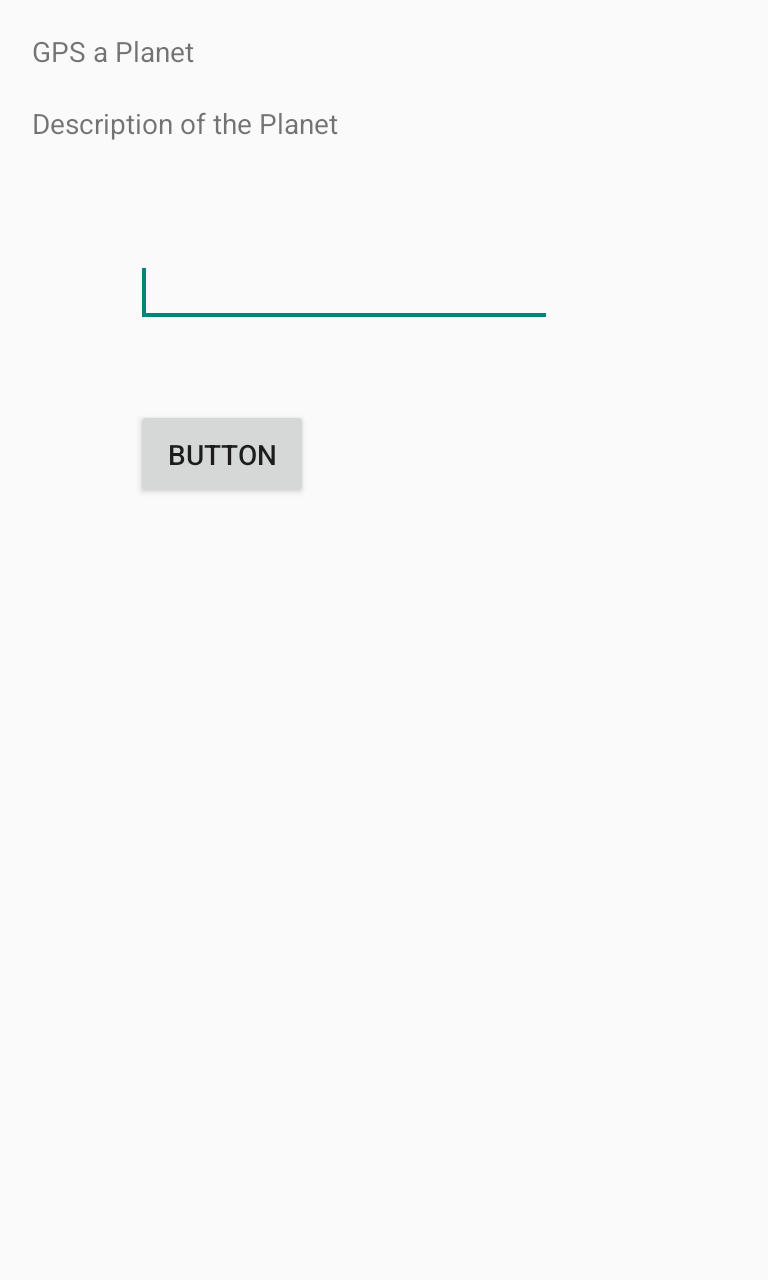
Repository: friday505/PlanetPlaces
Layout: PlanetPlaces/res/layout/activity_main.xml
An editor plug-in stored every save of this project. The layout is shown before and after the next save, followed by the edit.
It is drawn on a 768 x 1280 px phone screen (xhdpi) without system bars, with theme AppTheme; the app's code is not run.

Above is the layout before, as saved 2015-01-20 14:21:11.

### PlanetPlaces/res/layout/activity_main.xml
<RelativeLayout xmlns:android="http://schemas.android.com/apk/res/android"
    xmlns:tools="http://schemas.android.com/tools"
    android:layout_width="match_parent"
    android:layout_height="match_parent"
    android:paddingBottom="@dimen/activity_vertical_margin"
    android:paddingLeft="@dimen/activity_horizontal_margin"
    android:paddingRight="@dimen/activity_horizontal_margin"
    android:paddingTop="@dimen/activity_vertical_margin"
    tools:context="com.planetplaces.MainActivity" >

    <TextView
        android:id="@+id/textView1"
        android:layout_width="wrap_content"
        android:layout_height="wrap_content"
        android:text="GPS a Planet" />

    <TextView
        android:id="@+id/textView2"
        android:layout_width="wrap_content"
        android:layout_height="wrap_content"
        android:layout_alignLeft="@+id/textView1"
        android:layout_below="@+id/textView1"
        android:layout_marginTop="17dp"
        android:text="Description of the Planet" />

    <Button
        android:id="@+id/button1"
        android:layout_width="wrap_content"
        android:layout_height="wrap_content"
        android:layout_alignRight="@+id/textView2"
        android:layout_below="@+id/textView2"
        android:layout_marginRight="14dp"
        android:layout_marginTop="132dp"
        android:text="Button" />

    <EditText
        android:id="@+id/etDesc"
        android:layout_width="wrap_content"
        android:layout_height="wrap_content"
        android:layout_alignLeft="@+id/button1"
        android:layout_below="@+id/textView2"
        android:layout_marginTop="53dp"
        android:ems="10" >

        <requestFocus />
    </EditText>

</RelativeLayout>

Loaded but not shown: PlanetPlaces/res/values/styles.xml (common file); PlanetPlaces/res/values-v11/styles.xml (common file); PlanetPlaces/res/values-v14/styles.xml (common file); PlanetPlaces/res/values/dimens.xml (common file); PlanetPlaces/res/values-w820dp/dimens.xml (common file)

After the next save:
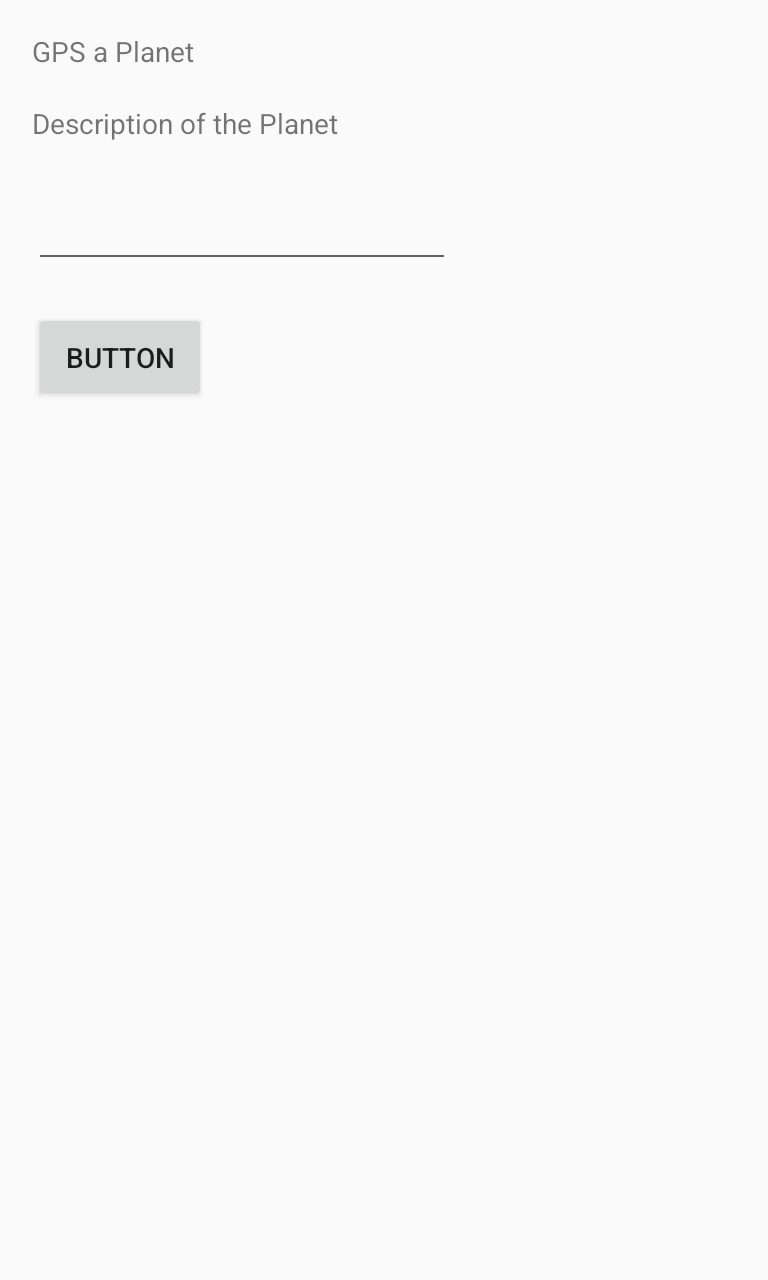
Saved 9 min 50 s later.
--- a/PlanetPlaces/res/layout/activity_main.xml
+++ b/PlanetPlaces/res/layout/activity_main.xml
@@ -27,22 +27,18 @@
         android:id="@+id/button1"
         android:layout_width="wrap_content"
         android:layout_height="wrap_content"
-        android:layout_alignRight="@+id/textView2"
-        android:layout_below="@+id/textView2"
-        android:layout_marginRight="14dp"
-        android:layout_marginTop="132dp"
+        android:layout_alignLeft="@+id/textView2"
+        android:layout_below="@+id/etDesc"
+        android:layout_marginTop="18dp"
         android:text="Button" />
 
     <EditText
         android:id="@+id/etDesc"
         android:layout_width="wrap_content"
         android:layout_height="wrap_content"
-        android:layout_alignLeft="@+id/button1"
+        android:layout_alignLeft="@+id/textView2"
         android:layout_below="@+id/textView2"
-        android:layout_marginTop="53dp"
-        android:ems="10" >
-
-        <requestFocus />
-    </EditText>
+        android:layout_marginTop="24dp"
+        android:ems="10" />
 
 </RelativeLayout>
